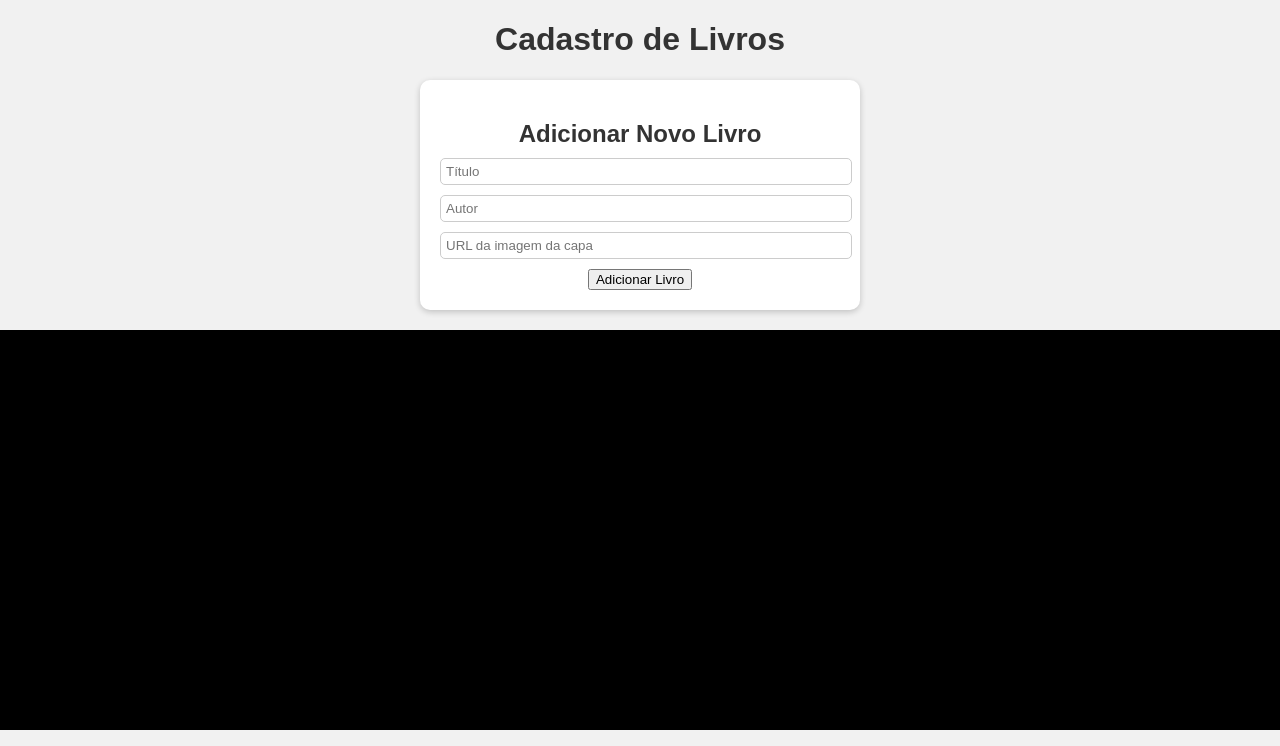
Repository: Matheus904-12/JS-BIN
Page: iindex.html
The author's editor kept a copy of each file at every save. The page is drawn from the files as they stood at one save, then again after the next save.
The browser window is 1280 px wide. The pictures show the whole page.
The page's requests for data from a server got no answer.

Above is the page before, as saved 2023-08-23 11:17:16.

### iindex.html
<!DOCTYPE html>
<html lang="en">
<head>
  <meta charset="UTF-8">
  <meta name="viewport" content="width=device-width, initial-scale=1.0">
  <link rel="stylesheet" href="sstyle.css">
  <title>Cadastro de Livros</title>
</head>
<body>
  <h1>Cadastro de Livros</h1>
  <div class="book-entry">
    <h2>Adicionar Novo Livro</h2>
    <input type="text" id="title" placeholder="Título">
    <input type="text" id="author" placeholder="Autor">
    <input type="text" id="imageUrl" placeholder="URL da imagem da capa">
    <button id="add-book">Adicionar Livro</button>
  </div>
  <div class="carousel">
    <div class="carousel-container" id="carousel-container">
    </div>
    <div class="carousel-gradient"></div>
  </div>
  <p id="status"></p>

  <script src="ipt.js"></script>
</body>
</html>

### sstyle.css
body {
    font-family: Arial, sans-serif;
    text-align: center;
    margin: 0;
    padding: 0;
    background-color: #f1f1f1;
  }

  h1 {
    color: #333;
  }

  .book-entry {
    margin: 20px auto;
    padding: 20px;
    width: 80%;
    max-width: 400px;
    background-color: #fff;
    border-radius: 10px;
    box-shadow: 0 2px 6px rgba(0, 0, 0, 0.2);
  }

  .book-entry h2 {
    margin-bottom: 10px;
    color: #333;
  }

  .book-entry input {
    display: block;
    margin-bottom: 10px;
    width: 100%;
    padding: 5px;
    border: 1px solid #ccc;
    border-radius: 5px;
  }

  .carousel {
    position: relative;
    width: 100%;
    height: 400px;
    overflow: hidden;
    background-color: #000;
  }

  .carousel-container {
    display: flex;
    transition: transform 0.5s;
  }

  .carousel-gradient {
    position: absolute;
    width: 100%;
    height: 100%;
    background: linear-gradient(to right, rgba(0, 0, 0, 0.8), transparent);
    pointer-events: none;
  }

  .book-item {
    display: flex;
    flex-direction: column;
    align-items: center;
    justify-content: center;
    width: 200px;
    height: 300px;
    margin-right: 20px;
    background-color: #fff;
    border-radius: 10px;
    box-shadow: 0 2px 6px rgba(0, 0, 0, 0.2);
    overflow: hidden;
  }

  .book-img {
    max-width: 100px;
    max-height: 150px;
    margin-bottom: 10px;
  }

  #status {
    margin-top: 10px;
    font-style: italic;
  }

### ipt.js
document.getElementById('add-book').addEventListener('click', async () => {
    const title = document.getElementById('title').value;
    const author = document.getElementById('author').value;
    const imageUrl = document.getElementById('imageUrl').value;

    try {
      const response = await fetch('http://localhost:3000/add-book', {
        method: 'POST',
        headers: {
          'Content-Type': 'application/json'
        },
        body: JSON.stringify({ title, author, imageUrl })
      });
      const result = await response.text();
      alert(result);
      updateCarousel();
    } catch (error) {
      console.error('Erro ao adicionar livro:', error);
    }
  });

  // Função para criar elementos de livro no carrossel
  function createBookElement(book) {
    const bookDiv = document.createElement('div');
    bookDiv.className = 'book-item';

    const bookImage = document.createElement('img');
    bookImage.className = 'book-img';
    bookImage.src = book.imageUrl || 'assets/book_placeholder.jpg';

    const bookInfo = document.createElement('div');
    bookInfo.innerHTML = `<strong>Título:</strong> ${book.title || 'Desconhecido'}<br><strong>Autor:</strong> ${book.author || 'Desconhecido'}`;

    bookDiv.appendChild(bookImage);
    bookDiv.appendChild(bookInfo);
    return bookDiv;
  }

  // Função para atualizar o carrossel com os livros
  async function updateCarousel() {
    const container = document.getElementById('carousel-container');
    container.innerHTML = '';

    try {
      const response = await fetch('http://localhost:3000/get-books');
      const books = await response.json();

      for (const book of books) {
        const bookElement = createBookElement(book);
        container.appendChild(bookElement);
      }

      // Atualizar gradient conforme a quantidade de livros
      const gradient = document.querySelector('.carousel-gradient');
      gradient.style.background = `linear-gradient(to right, rgba(0, 0, 0, 0.8), transparent ${books.length * 220 + 20}px)`;
    } catch (error) {
      console.error('Erro ao obter livros:', error);
    }
  }

  // Atualizar o carrossel ao carregar a página
  window.addEventListener('load', () => {
    updateCarousel();
  });

### script.js
let biblioteca = [];
let carrosselIndex = 0;
let notifications = [];

let n = 0;
while (n < 3) {
    n++;
}

function cadastro(nome, autor, ano) {
    var livro = {
        nome: nome,
        autor: autor,
        ano: ano
    };
    biblioteca.push(livro);
    atualizarContador();
    mostrarLivros();
    startCarousel();
}

function adicionar() {
    let nome = document.getElementById('nomeLivro').value;
    let autor = document.getElementById('autorLivro').value;
    let ano = document.getElementById('anoLivro').value;
    cadastro(nome, autor, ano);
    showNotification('Livro adicionado com sucesso!', true);
}

function mostrarLivros() {
    const livrosDiv = document.getElementById('livros');
    livrosDiv.innerHTML = '';

    for (let i = 0; i < biblioteca.length; i++) {
        const livro = biblioteca[i];
        const livroDiv = document.createElement('div');
        livroDiv.classList.add('livro');

        const infoDiv = document.createElement('div');
        const nomeAutor = document.createElement('h3');
        nomeAutor.textContent = `Nome: ${livro.nome}, Autor: ${livro.autor}`;
        infoDiv.appendChild(nomeAutor);

        const ano = document.createElement('p');
        ano.textContent = `Ano: ${livro.ano}`;
        infoDiv.appendChild(ano);

        const capaDiv = document.createElement('div');
        capaDiv.classList.add('capa-livro');
        capaDiv.style.backgroundImage = `url('${livro.capa}')`;
        livroDiv.appendChild(capaDiv);

        const btnDiv = document.createElement('div');
        const mostrarBtn = document.createElement('button');
        mostrarBtn.textContent = 'Mostrar';
        mostrarBtn.onclick = function () {
            console.log(`Nome: ${livro.nome}, Autor: ${livro.autor}, Ano: ${livro.ano}`);
        };
        btnDiv.appendChild(mostrarBtn);

        const apagarBtn = document.createElement('button');
        apagarBtn.textContent = 'Apagar';
        apagarBtn.onclick = function () {
            biblioteca.splice(i, 1);
            mostrarLivros();
            atualizarContador();
        };
        btnDiv.appendChild(apagarBtn);

        livroDiv.appendChild(infoDiv);
        livroDiv.appendChild(btnDiv);

        livrosDiv.appendChild(livroDiv);
    }

    startCarousel(); // Iniciar o carrossel após atualizar os livros
}

function apagarLivros() {
    biblioteca = [];
    atualizarContador();
    mostrarLivros();
    console.log('Biblioteca apagada');
}

function atualizarContador() {
    const contador = document.getElementById('contadorLivros');
    if (biblioteca.length === 0) {
        contador.textContent = 'Cadastre um livro';
    } else {
        contador.textContent = `${biblioteca.length} livro${biblioteca.length === 1 ? '' : 's'} cadastrado${biblioteca.length === 1 ? '' : 's'}`;
    }
}

function showNotification(message, isSuccess) {
    const notificationCarousel = document.getElementById('notification-carousel');
    const newNotification = document.createElement('div');
    newNotification.textContent = message;
    newNotification.style.backgroundColor = isSuccess ? '#28a745' : '#dc3545';
    newNotification.classList.add('notification');
    notificationCarousel.appendChild(newNotification);

    notifications.push(newNotification);
    startNotificationCarousel();
}

function startNotificationCarousel() {
    let currentIndex = notifications.length - 1;
    notifications[currentIndex].style.transform = 'translateX(0)';

    setTimeout(() => {
        notifications[currentIndex].style.transform = 'translateX(100%)';

        setTimeout(() => {
            notifications[currentIndex].remove();
            notifications.splice(currentIndex, 1);
        }, 500);
    }, 3000);
}

function startCarousel() {
    const carrossel = document.getElementById('carrossel');
    carrossel.innerHTML = '';

    for (let i = 0; i < biblioteca.length; i++) {
        const livro = biblioteca[i];
        const capaDiv = document.createElement('div');
        capaDiv.classList.add('capa');
        // Substitua 'URL_DA_CAPA_DO_LIVRO' pela URL real da capa do livro
        capaDiv.style.backgroundImage = `url('${livro.capa}')`;

        carrossel.appendChild(capaDiv);
    }

    carrosselIndex = 0;
    showNextCarrosselItem();
}

function showNextCarrosselItem() {
    const carrossel = document.getElementById('carrossel');
    const capas = carrossel.querySelectorAll('.capa');

    if (capas.length > 0) {
        capas[carrosselIndex].style.opacity = '1';

        setTimeout(() => {
            capas[carrosselIndex].style.opacity = '0';
            carrosselIndex = (carrosselIndex + 1) % capas.length;
            showNextCarrosselItem();
        }, 3000); // Troca a cada 3 segundos (3000 milissegundos)
    }
}

document.getElementById('add-book').addEventListener('click', async () => {
    const title = document.getElementById('title').value;
    const author = document.getElementById('author').value;
    const imageUrl = document.getElementById('imageUrl').value;

    try {
      const response = await fetch('http://localhost:3000/add-book', {
        method: 'POST',
        headers: {
          'Content-Type': 'application/json'
        },
        body: JSON.stringify({ title, author, imageUrl })
      });
      const result = await response.text();
      alert(result);
      updateCarousel();
    } catch (error) {
      console.error('Erro ao adicionar livro:', error);
    }
  });

### style.css
body {
    font-family: 'Arial', sans-serif;
    background-color: #f8f9fa;
    margin: 0;
    padding: 0;
    display: flex;
    justify-content: center;
    align-items: center;
    min-height: 100vh;
}

.container {
    display: flex;
    flex-direction: column;
    background-color: #ffffff;
    border-radius: 10px;
    box-shadow: 0px 0px 10px rgba(0, 0, 0, 0.1);
    text-align: center;
    width: 400px;
    padding: 20px;
}

.cadastro-box {
    padding: 10px;
}

.cadastro-box h1 {
    color: #333;
    margin-bottom: 10px;
}

.cadastro-box input {
    width: 100%;
    padding: 8px;
    margin: 5px 0;
    border: 1px solid #ccc;
    border-radius: 5px;
}

.cadastro-box button {
    width: 100%;
    padding: 10px;
    margin: 10px 0;
    background-color: #007bff;
    color: #fff;
    border: none;
    border-radius: 5px;
    cursor: pointer;
    transition: background-color 0.3s;
}

.cadastro-box button:hover {
    background-color: #0056b3;
}

.registros-box {
    background-color: #f2f2f2;
    padding: 10px;
    text-align: center;
    margin-top: 20px;
    border-radius: 5px;
}

.registros-box h2 {
    color: #333;
    margin-bottom: 10px;
}

.livros-box {
    border: 1px solid #ccc;
    padding: 10px;
    margin-top: 10px;
    border-radius: 5px;
    overflow-y: auto;
    max-height: 150px;
}

.livro {
    display: flex;
    justify-content: space-between;
    align-items: center;
    margin-bottom: 5px;
    padding: 5px;
    border-bottom: 1px solid #ddd;
}

.livro h3 {
    margin: 0;
    font-size: 14px;
}

.livro button {
    background-color: #007bff;
    color: #fff;
    border: none;
    border-radius: 3px;
    padding: 3px 8px;
    cursor: pointer;
    transition: background-color 0.3s;
}

.livro button:hover {
    background-color: #0056b3;
}

.notification-carousel {
    position: absolute;
    top: 20px;
    right: 20px;
    width: 300px;
    text-align: center;
    z-index: 1;
    pointer-events: none;
}

.notification {
    position: relative;
    margin-bottom: 5px;
    padding: 5px;
    color: #fff;
    border-radius: 5px;
    z-index: 2;
}

.carrossel-box {
    position: relative;
    overflow: hidden;
    width: 100%;
    margin-top: 20px;
}

.carrossel {
    display: flex;
    transition: transform 0.5s;
    overflow: hidden;
}

.capa {
    flex: 0 0 100%;
    height: 150px;
    background-size: cover;
    background-position: center;
    opacity: 0;
    transition: opacity 0.5s;
}

After the next save:
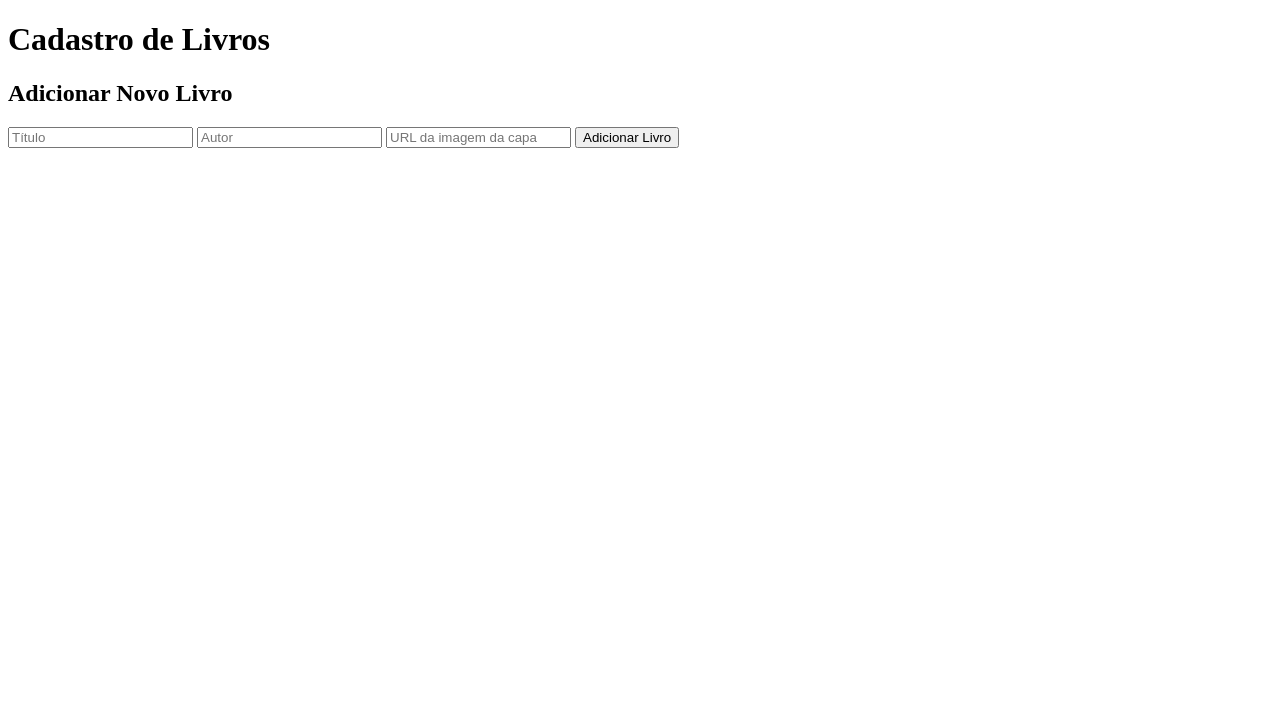
Not found: styles.css
Saved 17 s later.
--- a/iindex.html
+++ b/iindex.html
@@ -3,7 +3,7 @@
 <head>
   <meta charset="UTF-8">
   <meta name="viewport" content="width=device-width, initial-scale=1.0">
-  <link rel="stylesheet" href="sstyle.css">
+  <link rel="stylesheet" href="styles.css">
   <title>Cadastro de Livros</title>
 </head>
 <body>
@@ -22,6 +22,6 @@
   </div>
   <p id="status"></p>
 
-  <script src="ipt.js"></script>
+  <script src="script.js"></script>
 </body>
 </html>

After the 3 saves that followed:
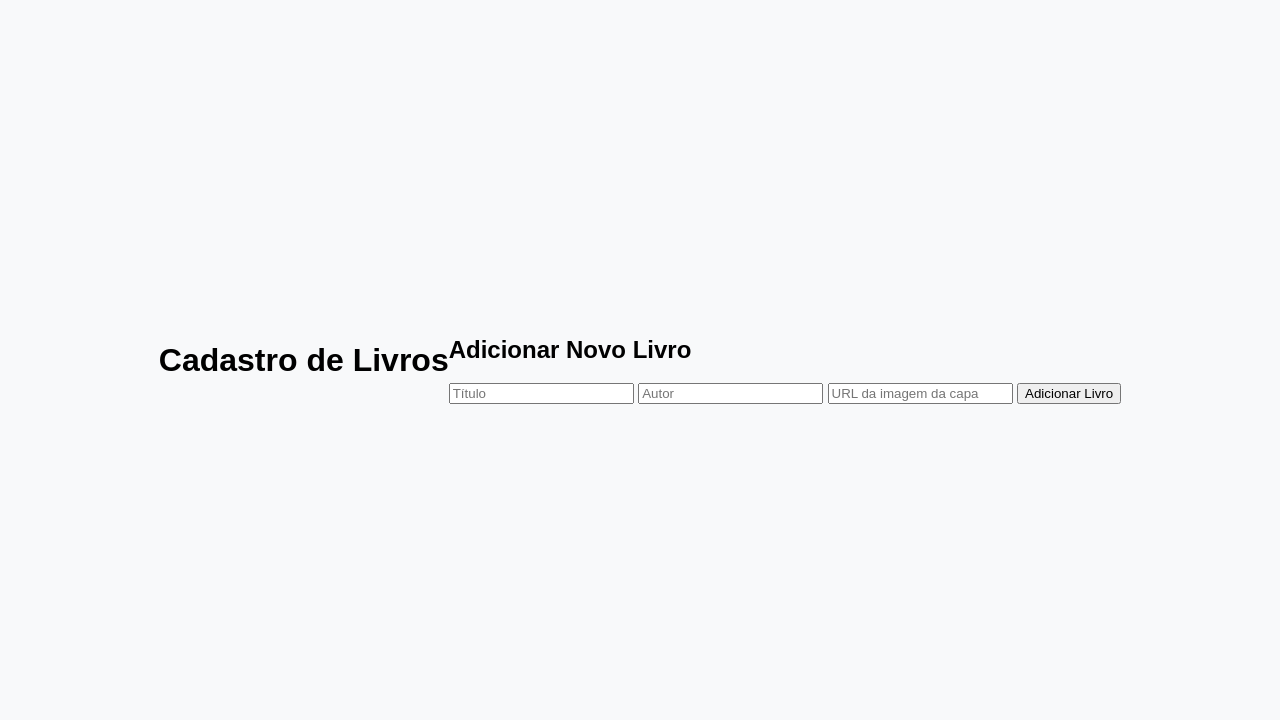
The 3 saves are shown as one change because 1 left the picture as it was and some came seconds apart.
The last was saved 24 s later.
--- a/iindex.html
+++ b/iindex.html
@@ -3,7 +3,7 @@
 <head>
   <meta charset="UTF-8">
   <meta name="viewport" content="width=device-width, initial-scale=1.0">
-  <link rel="stylesheet" href="styles.css">
+  <link rel="stylesheet" href="style.css">
   <title>Cadastro de Livros</title>
 </head>
 <body>
@@ -22,6 +22,6 @@
   </div>
   <p id="status"></p>
 
-  <script src="script.js"></script>
+  <script src="ipt.js"></script>
 </body>
 </html>
